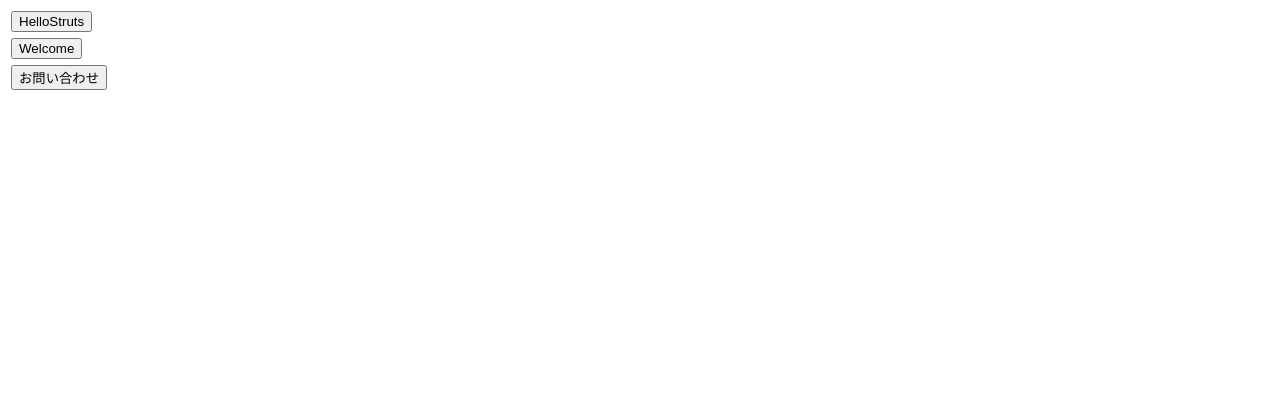
Repository: take00/test01
Page: http://localhost/WebProj3/
An editor plug-in stored every save of this project. The page is shown before and after the next save, followed by the edit.
The browser window is 1280 px wide. The pictures show the whole page.
The page is served by Tomcat 9. Other server files are loaded and not shown.

Above is the page before, as saved 2019-01-23 12:33:09.

### WebProj3/WebContent/index.jsp
<%@ page language="java" contentType="text/html; charset=UTF-8"
    pageEncoding="UTF-8"%>
<%@ taglib prefix="s" uri="/struts-tags" %>
<!DOCTYPE html>
<html>
<head>
<meta charset="UTF-8">
<title>INDEX</title>
</head>
<body>
	<s:form action="HelloStrutsAction">
		<s:submit value="HelloStruts"/>
	</s:form>

	<s:form action="WelcomeAction">
		<s:submit value="Welcome"/>
	</s:form>

	<s:form action="InquiryAction">
		<s:submit value="お問い合わせ"/>
	</s:form>
</body>
</html>

After the next save:
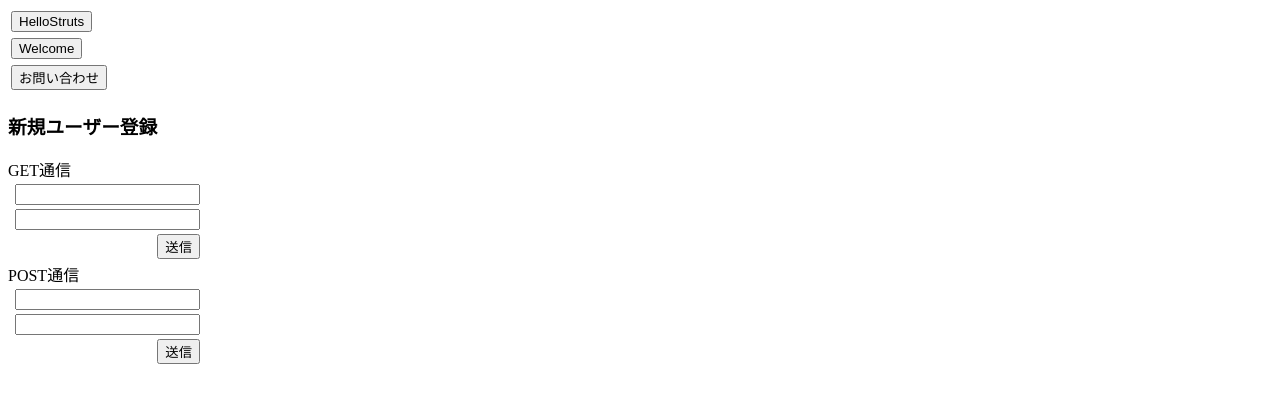
Saved 80 s later.
--- a/WebProj3/WebContent/index.jsp
+++ b/WebProj3/WebContent/index.jsp
@@ -19,5 +19,19 @@
 	<s:form action="InquiryAction">
 		<s:submit value="お問い合わせ"/>
 	</s:form>
+
+	<h3>新規ユーザー登録</h3>
+	GET通信
+	<s:form method="get" action="TestAction">
+	<s:textfield name="username"/>
+	<s:password name="password"/>
+	<s:submit value="送信"/>
+	</s:form>
+	POST通信
+	<s:form method="post" action="TestAction">
+	<s:textfield name="username"/>
+	<s:password name="password"/>
+	<s:submit value="送信"/>
+	</s:form>
 </body>
 </html>
